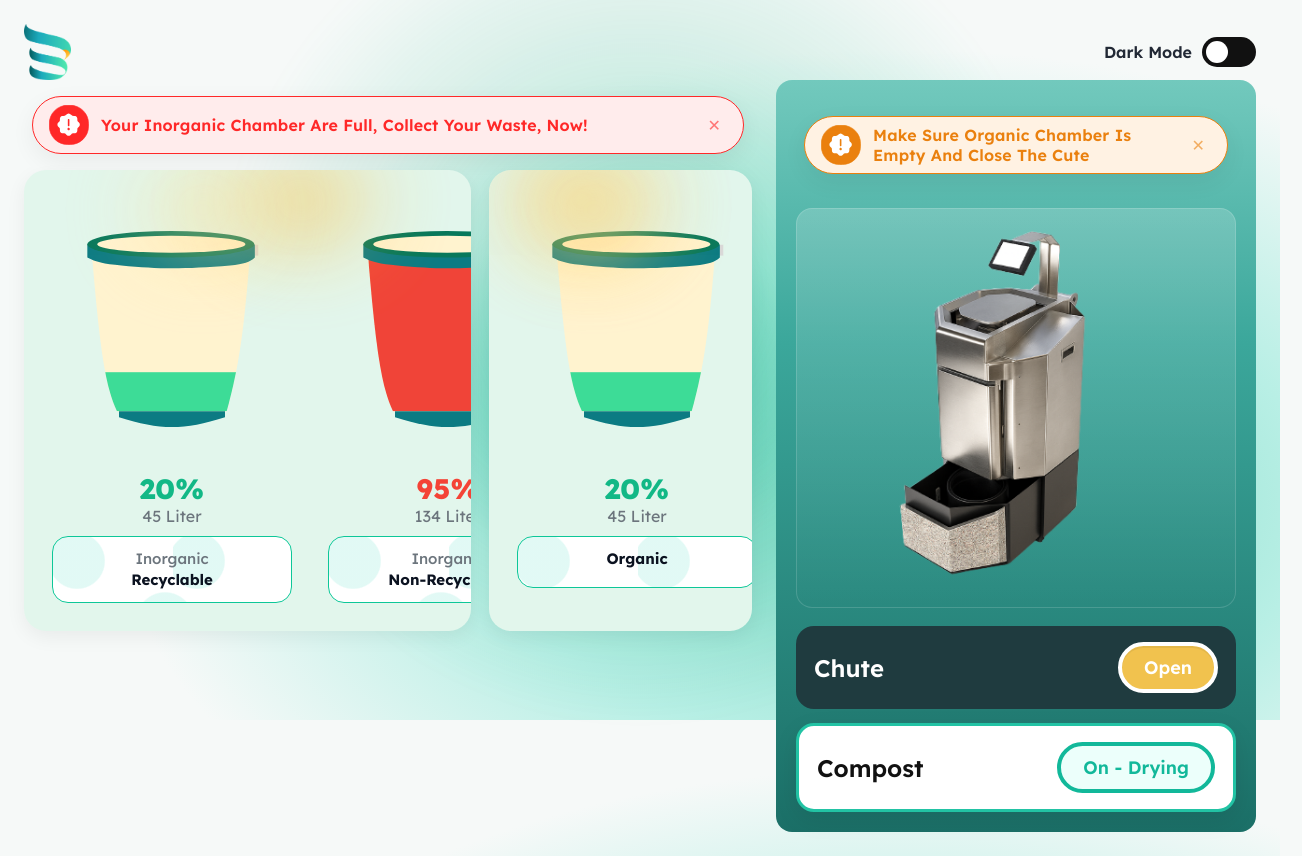
Repository: william-saputra/nusabin
Page: pages/homepage.html
The author's editor kept a copy of each file at every save. The page is drawn from the files as they stood at one save, then again after the next save.
The browser window is 1280 px wide. The page is 1302 px wide, so the pictures cover 1302 px, including what lies to the right of the window. The pictures show the whole page.
Backgrounds fixed to the window are drawn as part of the page.

Above is the page before, as saved 2025-08-13 00:08:03.

After the next save:
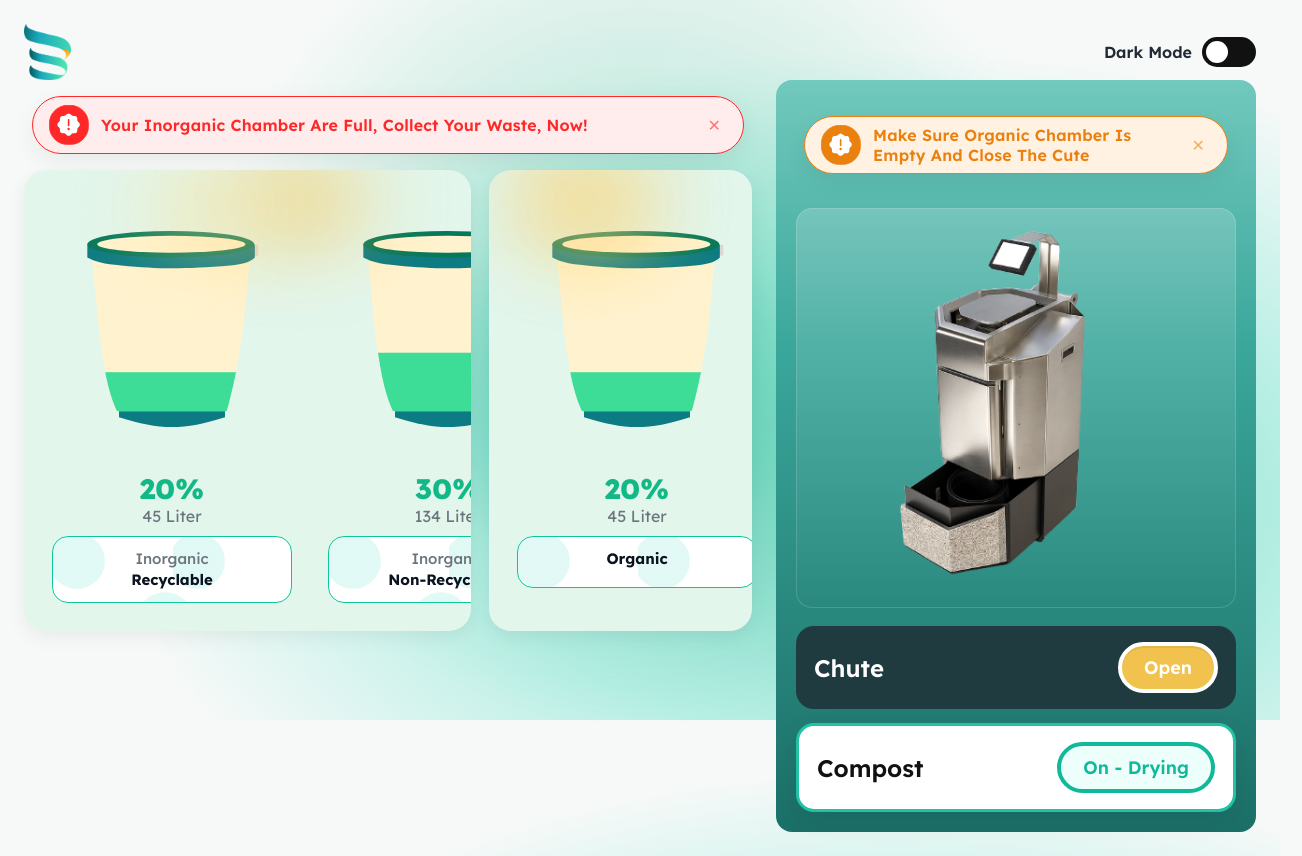
Saved 6 s later.
--- a/scripts/main.js
+++ b/scripts/main.js
@@ -32,7 +32,7 @@
   // Data dummy hardcoded
   const data = {
     inorganic_recyclable: { level: 20, volume: 45 },
-    inorganic_non_recyclable: { level: 95, volume: 134 },
+    inorganic_non_recyclable: { level: 30, volume: 134 },
     organic: { level: 20, volume: 45 }
   };
 
